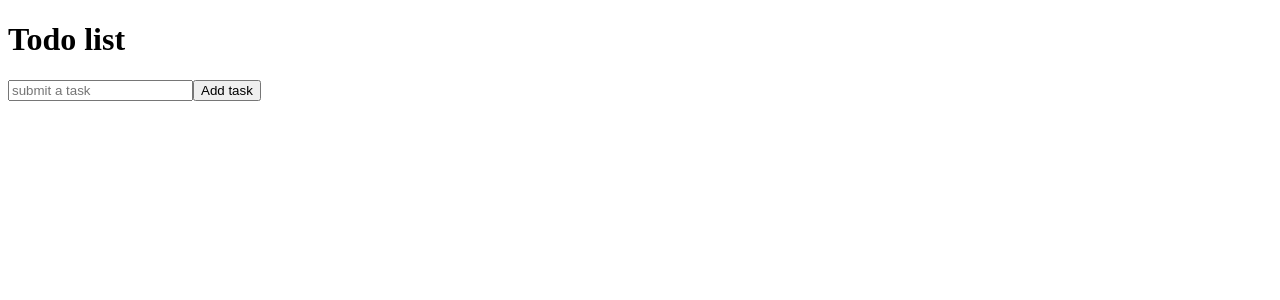
Repository: Ylan-sayada/todo-list
Page: /
The author's editor kept a copy of each file at every save. The page is drawn from the files as they stood at one save, then again after the next save.
The browser window is 1280 px wide. The pictures show the whole page.
The project was rebuilt for these pictures with package versions that can differ from the ones it lists, and the page was loaded fresh each time.

Above is the page before, as saved 2021-05-28 15:33:59.

After the next save:
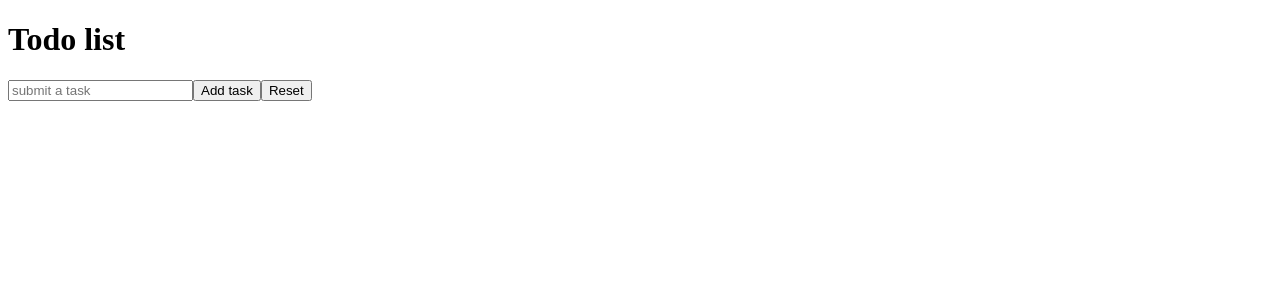
Saved 21 s later.
--- a/src/components/TodoInput.jsx
+++ b/src/components/TodoInput.jsx
@@ -3,12 +3,16 @@ import React,{useRef} from 'react'
 export default function TodoInput(props) {
     let input  = useRef(null);
     let onClickHandler = () =>{
-        props.onClickHandler(input.current.value);
+        props.addItemHandler(input.current.value);
+    }
+    let resetHandler = () =>{
+        props.resetHandler();
     }
     return (
         <div>
             <input ref={input} type="text" placeholder="submit a task" />
             <button onClick={onClickHandler}>Add task</button>
+            <button onClick={resetHandler}>Reset</button>
         </div>
     )
 }
